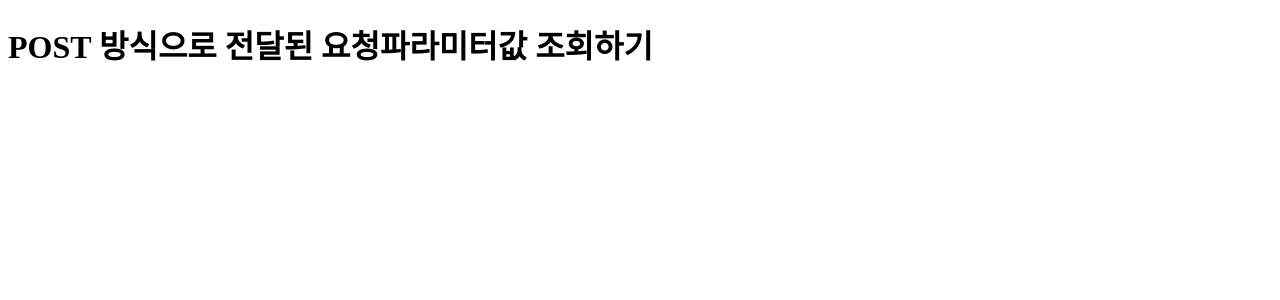
Repository: onuo77/ja_HTA
Page: http://localhost/sample/req/demo4-1.jsp
An editor plug-in stored every save of this project. The page is shown before and after the next save, followed by the edit.
The browser window is 1280 px wide. The pictures show the whole page.
The page is served by Tomcat 9. Other server files are loaded and not shown.

Above is the page before, as saved 2021-05-20 06:25:28.

### java-web/sample/src/main/webapp/req/demo4-1.jsp
<%@ page language="java" contentType="text/html; charset=UTF-8"
    pageEncoding="UTF-8"%>
<!DOCTYPE html>
<html>
<head>
<meta charset="UTF-8">
<title>POST 방식으로 전달받은 요청파라미터값 조회하기</title>
</head>
<body>
	<h1>POST 방식으로 전달된 요청파라미터값 조회하기</h1>
</body>
</html>

After the next save:
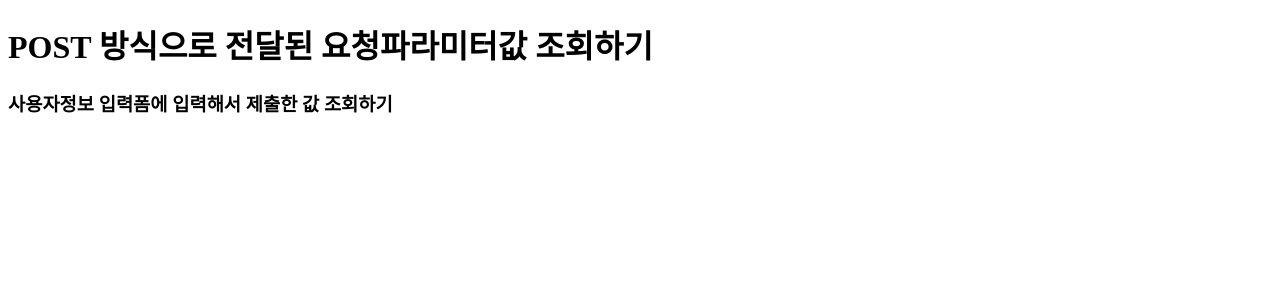
Saved 5 min 7 s later.
--- a/java-web/sample/src/main/webapp/req/demo4-1.jsp
+++ b/java-web/sample/src/main/webapp/req/demo4-1.jsp
@@ -8,5 +8,7 @@
 </head>
 <body>
 	<h1>POST 방식으로 전달된 요청파라미터값 조회하기</h1>
+
+	<h3>사용자정보 입력폼에 입력해서 제출한 값 조회하기</h3>
 </body>
 </html>
